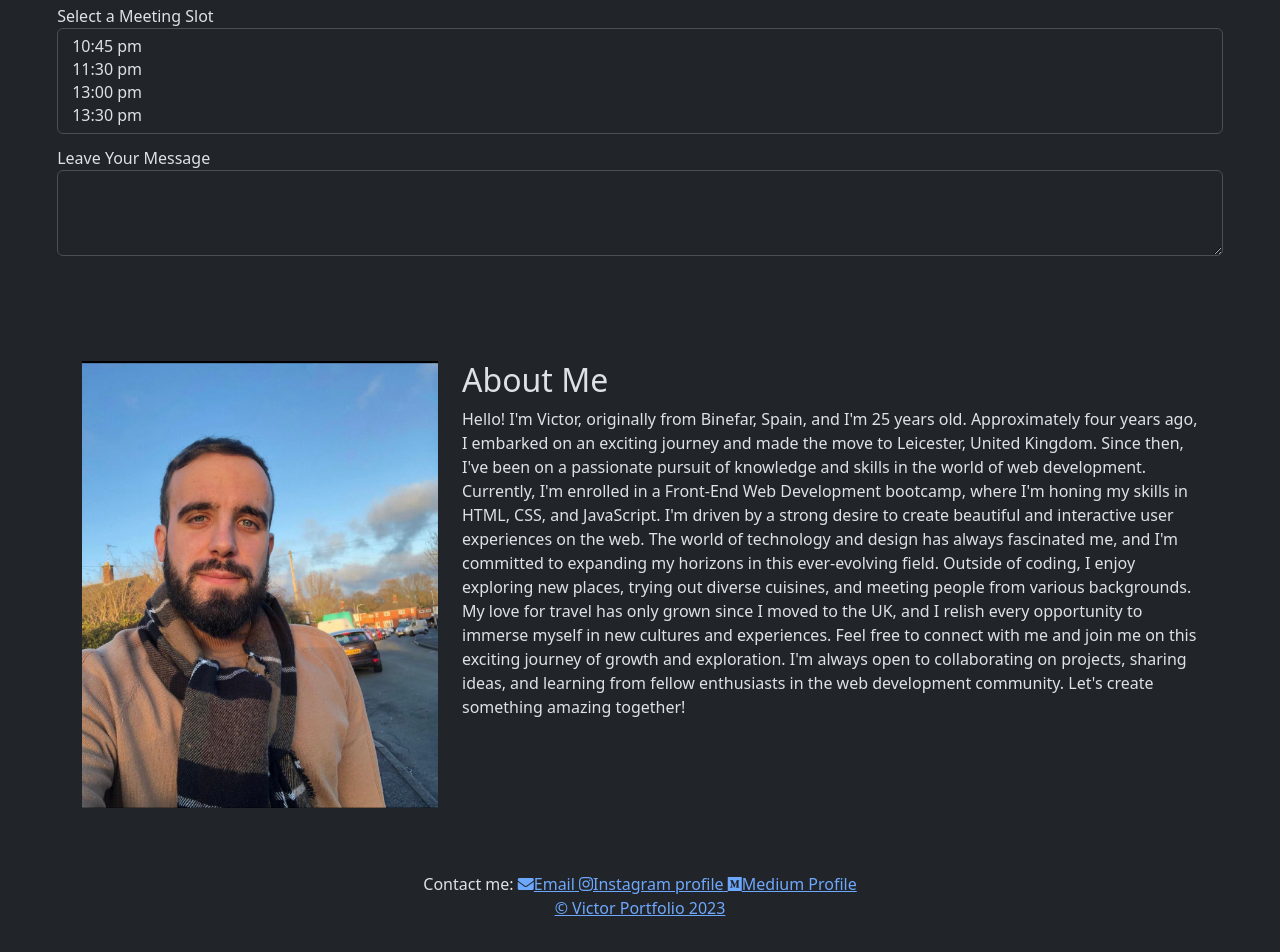
Repository: uvee35/Bootstrap-Portfolio
Page: index.html
The author's editor kept a copy of each file at every save. The page is drawn from the files as they stood at one save, then again after the next save.
The browser window is 1280 px wide. The pictures show the part of the page from y = 1781 to 2733 px (the page is 2733 px tall).
A picture or video elsewhere on the page could not be fetched, so the positions and the page height are approximate.

Above is the page before, as saved 2023-12-18 21:09:01.

After the next save:
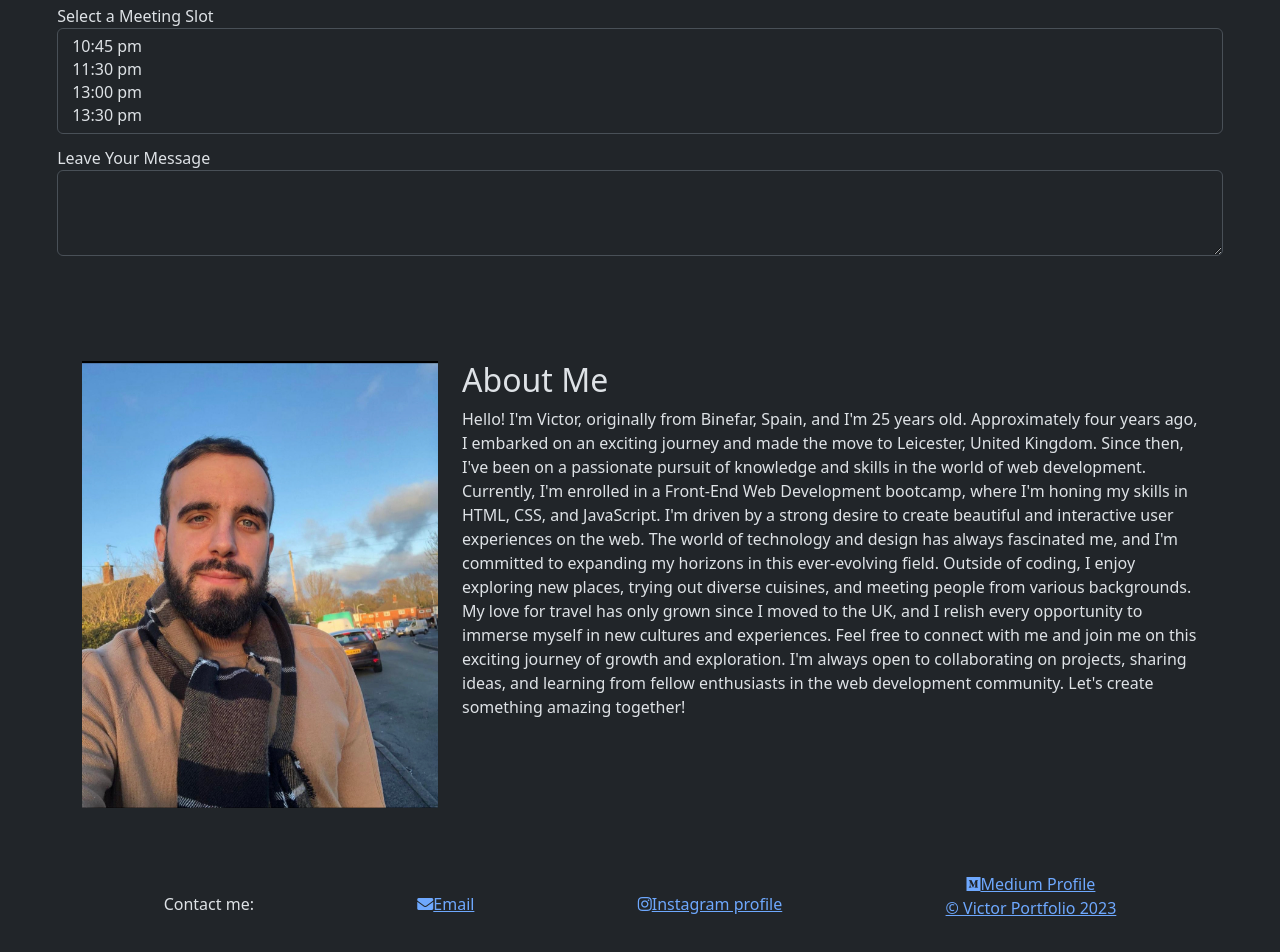
Saved 9 min 37 s later.
--- a/css/style.css
+++ b/css/style.css
@@ -54,3 +54,9 @@
   align-items: center;
   margin-top: auto;
 }
+.footer__contact-info {
+  display: flex;
+  justify-content: space-around;
+  align-items: center;
+  width: 100%;
+}
